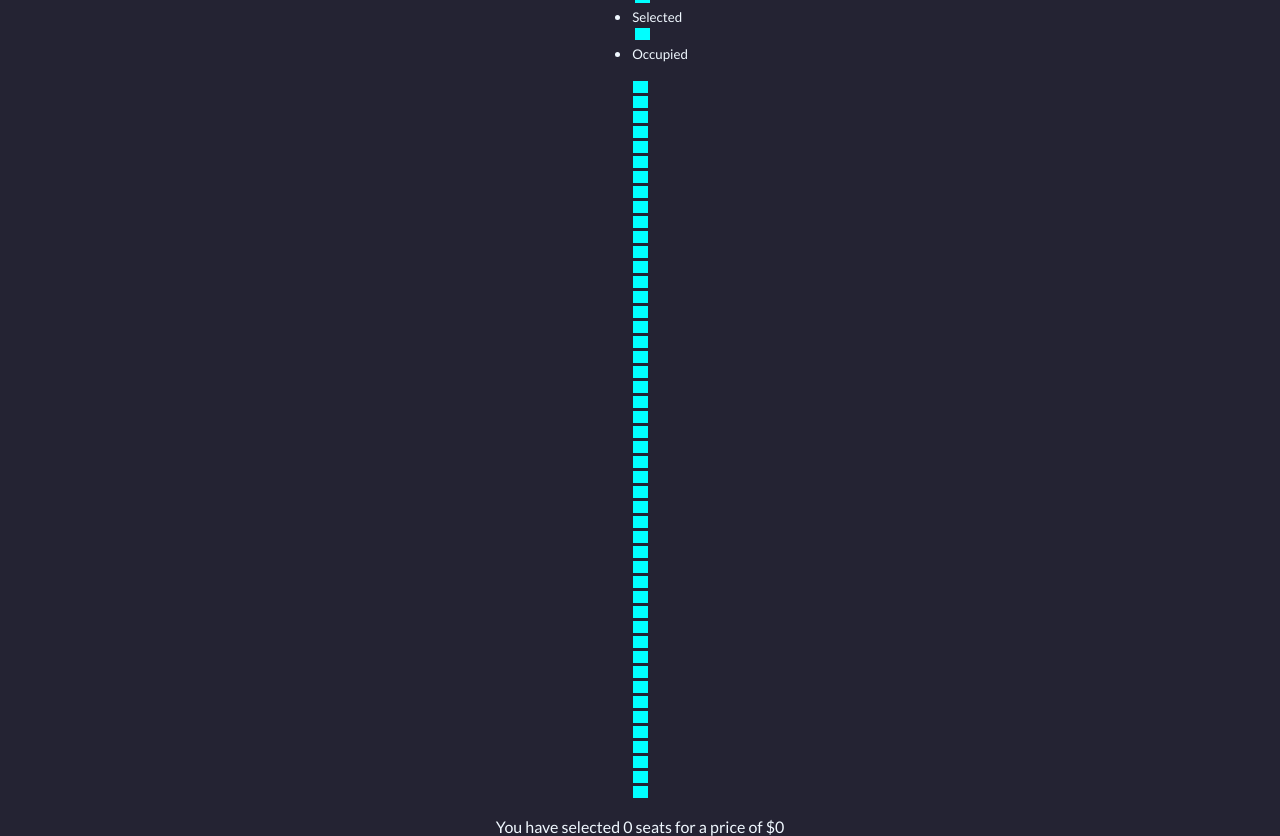
Repository: atko87/Movie-seat-Booking
Page: index.html
The author's editor kept a copy of each file at every save. The page is drawn from the files as they stood at one save, then again after the next save.
The browser window is 1280 px wide. The pictures show the whole page.

Above is the page before, as saved 2020-03-08 13:54:13.

### index.html
<!DOCTYPE html>
<html lang="en">
  <head>
    <meta charset="UTF-8" />
    <meta name="viewport" content="width=device-width, initial-scale=1.0" />
    <link rel="stylesheet" href="style.css" />
    <title>Movie Seat Booking</title>
  </head>
  <body>
    <div class="movie-container">
      <label>Pick a movie:</label>
      <select id="movie">
        <option value="10">Avanger: Endgame($10)</option>
        <option value="12">Joker ($12)</option>
        <option value="8">Neretva($15)</option>
        <option value="9">Delfina ($20)</option>
      </select>
    </div>

    <ul class="showcase">
      <li>
        <div class="seat"></div>
        <small>N/A</small>
      </li>
      <li>
        <div class="seat selected"></div>
        <small>Selected</small>
      </li>
      <li>
        <div class="seat occupied"></div>
        <small>Occupied</small>
      </li>
    </ul>

    <div class="container">
      <div class="screen"></div>
      <div class="row">
        <div class="seat"></div>
        <div class="seat"></div>
        <div class="seat"></div>
        <div class="seat"></div>
        <div class="seat"></div>
        <div class="seat"></div>
        <div class="seat"></div>
        <div class="seat"></div>
      </div>
      <div class="row">
        <div class="seat"></div>
        <div class="seat"></div>
        <div class="seat"></div>
        <div class="seat occupied"></div>
        <div class="seat occupied"></div>
        <div class="seat"></div>
        <div class="seat"></div>
        <div class="seat"></div>
      </div>
      <div class="row">
        <div class="seat"></div>
        <div class="seat"></div>
        <div class="seat"></div>
        <div class="seat"></div>
        <div class="seat"></div>
        <div class="seat"></div>
        <div class="seat occupied"></div>
        <div class="seat occupied"></div>
      </div>
      <div class="row">
        <div class="seat"></div>
        <div class="seat"></div>
        <div class="seat"></div>
        <div class="seat"></div>
        <div class="seat"></div>
        <div class="seat"></div>
        <div class="seat"></div>
        <div class="seat"></div>
      </div>
      <div class="row">
        <div class="seat"></div>
        <div class="seat"></div>
        <div class="seat"></div>
        <div class="seat occupied"></div>
        <div class="seat occupied"></div>
        <div class="seat"></div>
        <div class="seat"></div>
        <div class="seat"></div>
      </div>
      <div class="row">
        <div class="seat"></div>
        <div class="seat"></div>
        <div class="seat"></div>
        <div class="seat"></div>
        <div class="seat"></div>
        <div class="seat"></div>
        <div class="seat occupied"></div>
        <div class="seat occupied"></div>
      </div>
    </div>
    <p class="text">
      You have selected <span id="count">0 </span>seats for a price of $<span
        id="total"
        >0</span
      >
    </p>
    <script src="script.js"></script>
  </body>
</html>

### style.css
@import url("https://fonts.googleapis.com/css?family=Lato&display=swap");

* {
  box-sizing: border-box;
}

body {
  background-color: #242333;
  color: aliceblue;
  display: flex;
  flex-direction: column;
  align-items: center;
  justify-content: center;
  height: 100vh;
  font-family: "Lato", sans-serif;
  margin: 0;
}

.movie-container {
  margin: 20px 0;
}

.movie-container select {
  background-color: aliceblue;
  border: 0;
  border-radius: 5px;
  font-size: 14px;
  margin-left: 10px;
  padding: 5px 15px 5px 15px;
  -moz-appearance: none;
  -webkit-appearance: none;
  appearance: none;
}
.seat {
  background-color: aqua;
  height: 12px;
  width: 15px;
  margin: 3px;
}

Loaded but not shown: script.js (no copy from this time; the picture is the same without it)

After the next save:
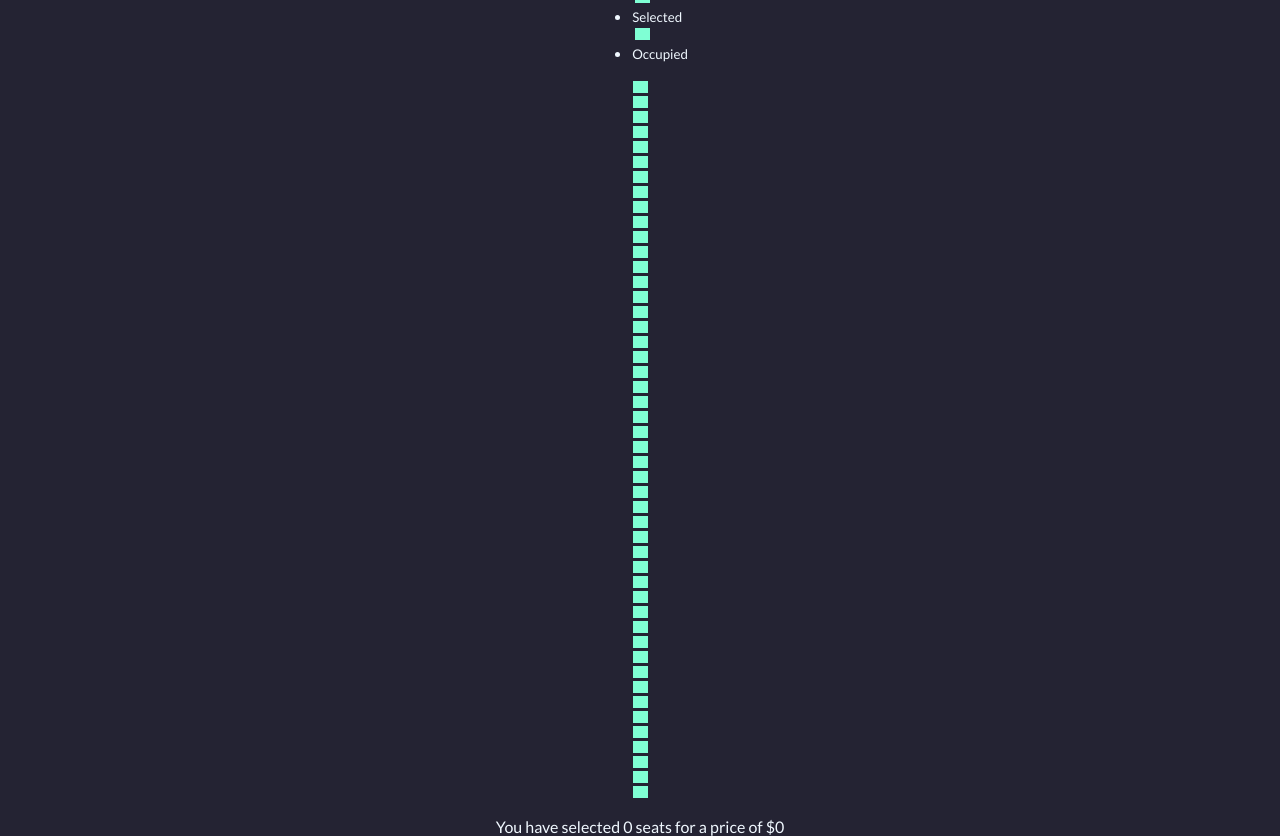
Saved 59 s later.
--- a/style.css
+++ b/style.css
@@ -32,7 +32,7 @@
   appearance: none;
 }
 .seat {
-  background-color: aqua;
+  background-color: aquamarine;
   height: 12px;
   width: 15px;
   margin: 3px;
